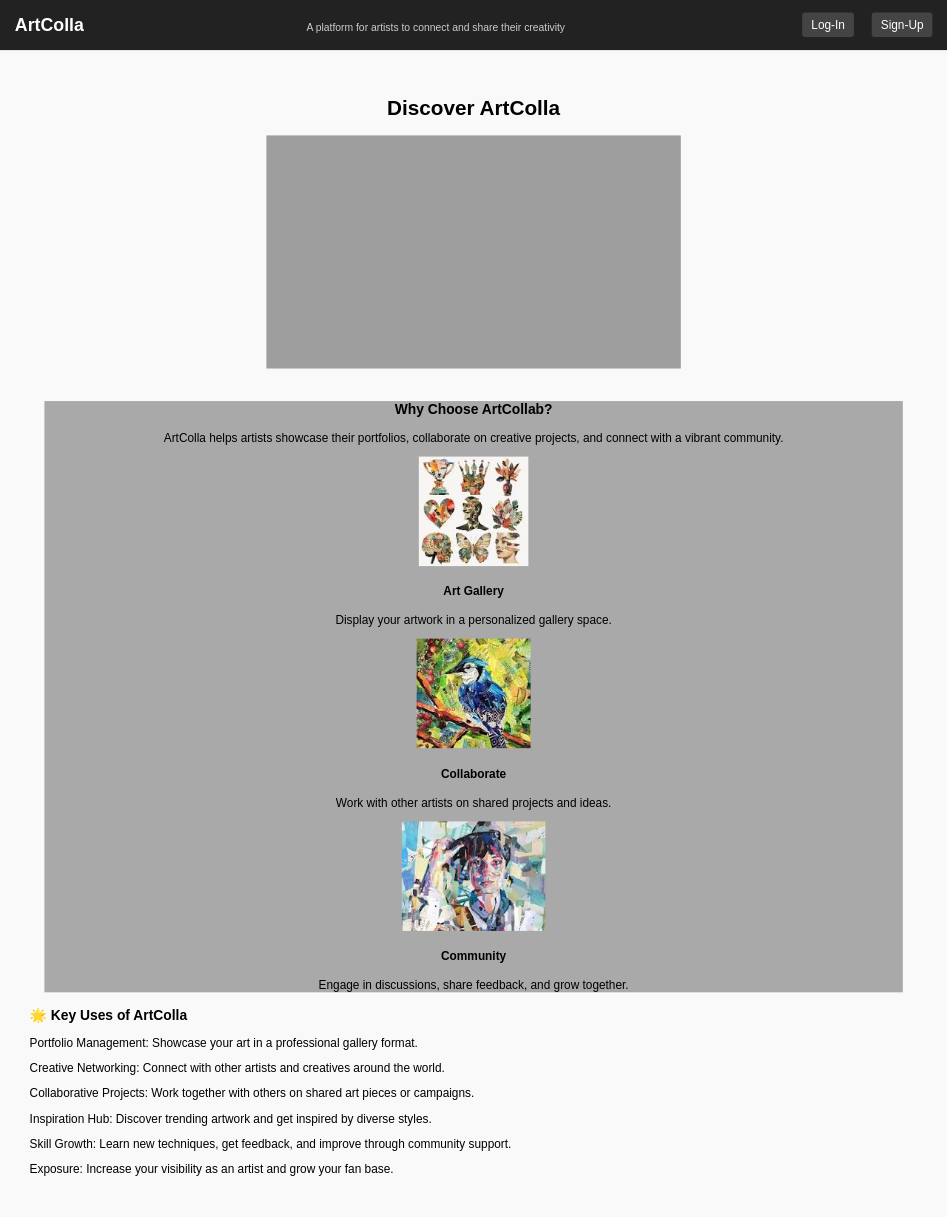
Repository: jeevanReddyP/ArtCollab_App
Page: index.html
An editor plug-in stored every save of this project. The page is shown before and after the next save, followed by the edit.
The browser window is 1280 px wide. The pictures show the whole page, at 74% of full size.
Pictures or frames that could not be fetched are drawn as grey boxes.

Above is the page before, as saved 2025-06-11 16:44:51.

### index.html
<!DOCTYPE html>
<html lang="en">
<head>
    <meta charset="UTF-8">
    <meta name="viewport" content="width=device-width, initial-scale=1.0">
    <title>Document</title>
    <link rel="stylesheet" href="index.css">
</head>
<body>
    <div id="navbar">
                 <h2>ArtColla</h2>
            <p>A platform for artists to connect and share their creativity</p>
            <div class="links">
            <a href="login.html">Log-In</a>
            <a href="signup.html">Sign-Up</a>
            </div>
    </div>
   <main id="home-page">
     <section class="intro-video">
  <h2>Discover ArtColla</h2>
  <iframe width="560" height="315"
          src="https://www.youtube.com/embed/BIj71N1tk-0"
          title="Discover ArtColla"
          frameborder="0"
          allow="accelerometer; autoplay; clipboard-write; encrypted-media; gyroscope; picture-in-picture; web-share"
          allowfullscreen>
  </iframe>
</section>
<section class="app-details">
<h3>Why Choose ArtCollab?</h3>
 <p>ArtColla helps artists showcase their portfolios, collaborate on creative projects, and connect with a vibrant community.</p>

  <div class="features">
      <div class="feature">
        <img src="data:[embedded picture, 9487 characters]" alt="Gallery Feature">
        <h4>Art Gallery</h4>
        <p>Display your artwork in a personalized gallery space.</p>
      </div>

      <div class="feature">
        <img src="data:[embedded picture, 12939 characters]" alt="Collaboration Feature">
        <h4>Collaborate</h4>
        <p>Work with other artists on shared projects and ideas.</p>
      </div>

      <div class="feature">
        <img src="data:[embedded picture, 12347 characters]" alt="Community Feature">
        <h4>Community</h4>
        <p>Engage in discussions, share feedback, and grow together.</p>
      </div>
    </div>
</section>
<section class="discription">
<p>
   <h3> 🌟 Key Uses of ArtColla</h3>
<p>Portfolio Management: Showcase your art in a professional gallery format.</p>
<p>Creative Networking: Connect with other artists and creatives around the world.</p>
<p>Collaborative Projects: Work together with others on shared art pieces or campaigns.</p>
<p>Inspiration Hub: Discover trending artwork and get inspired by diverse styles.</p>
<p>Skill Growth: Learn new techniques, get feedback, and improve through community support.</p>
<p>Exposure: Increase your visibility as an artist and grow your fan base.</p>
</section>
  </main>
</body>
</html>

### index.css
body{
  margin: 0%;
  font-family: sans-serif;
}
#navbar{
background-color:#222;
color: white;
display: flex;
padding: 20px;
justify-content: space-between;
align-items: center;
flex-wrap: wrap;
}
#navbar h2{
   margin: 0;
   font-size: 24px;
}
#navbar p{
    margin: 5px 0 0 0;
    font-size: 14px;
    color: #ccc;
}
.links a{
margin-left: 20px;
text-decoration: none;
color: white;
background-color: #444;
padding: 8px 12px;
border-radius: 4px;
transition: backgroun-color 0.3s;
}
.nav-links a:hover {
  background-color: #666;
}
#home-page{
    padding: 40px;
    background-color: #f9f9f9;
}
.intro-video {
  text-align: center;
  margin-bottom: 40px;
}
.intro-video h2 {
  font-size: 28px;
  margin-bottom: 20px;
}
.app-details{
    text-align: center;
    margin: 20px;
    background-color: darkgray;
}

After the next save:
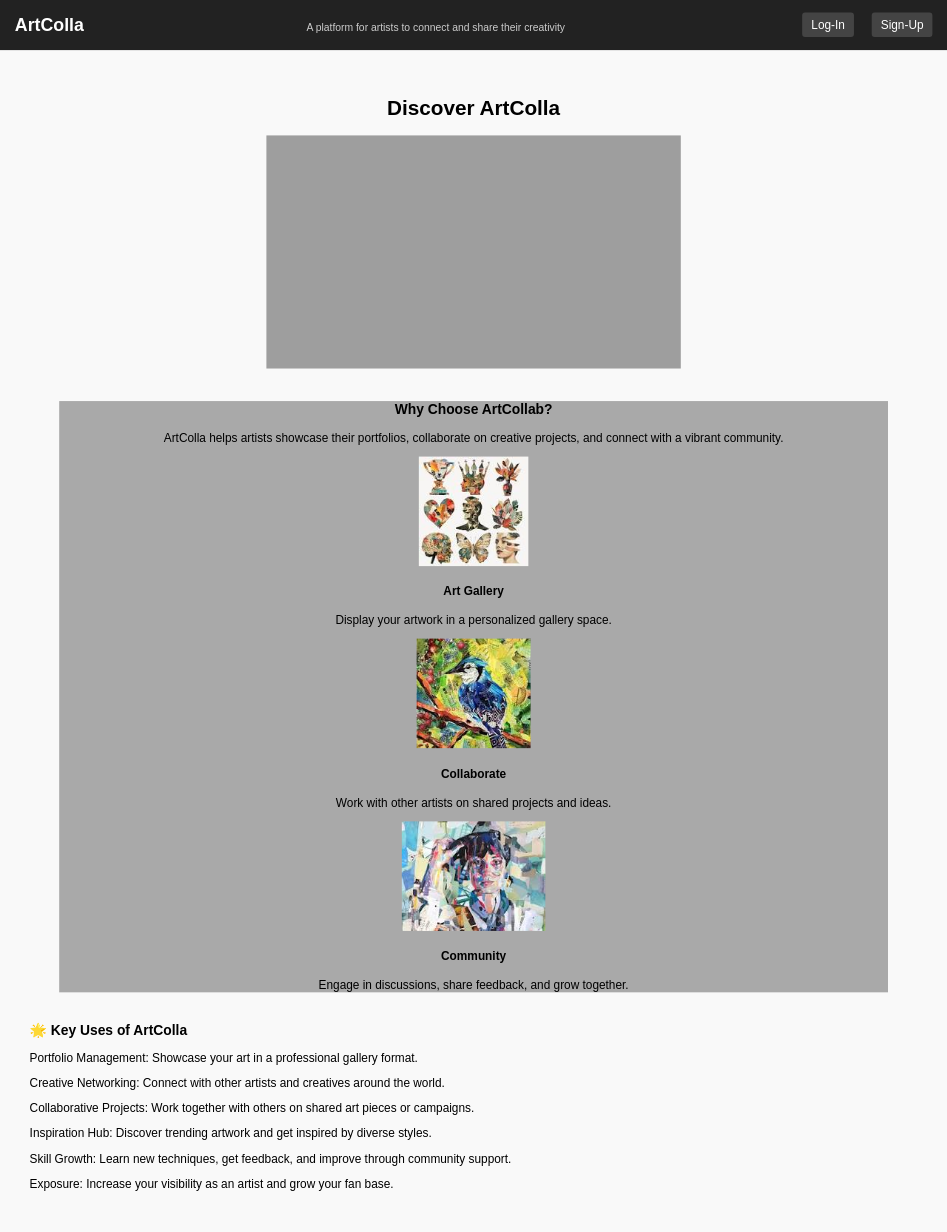
Saved 6 s later.
--- a/index.css
+++ b/index.css
@@ -46,6 +46,6 @@ transition: backgroun-color 0.3s;
 }
 .app-details{
     text-align: center;
-    margin: 20px;
+    margin: 40px;
     background-color: darkgray;
 }
